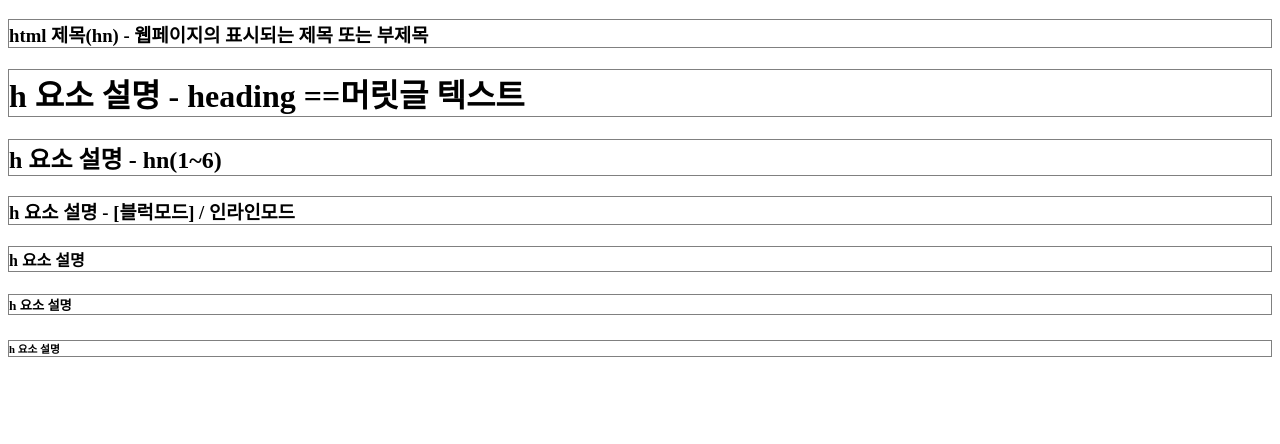
Repository: donggri1/WORKSPACE
Page: WebClass/webPro/src/main/webapp/html/days02/ex02.html
An editor plug-in stored every save of this project. The page is shown before and after the next save, followed by the edit.
The browser window is 1280 px wide. The pictures show the whole page.

Above is the page before, as saved 2024-03-25 01:25:16.

### WebClass/webPro/src/main/webapp/html/days02/ex02.html
<!DOCTYPE html>
<html>
<head>
<meta charset="UTF-8">
<title>Insert title here</title>
<style>
	/* CSS 주석처리 */
	/* CSS 스타일 적용 태그 */
	/*
	스타일 적용 대상{	==	select == 선택자
		스타일 속성:속성값;
		스타일 속성:속성값;
		스타일 속성:속성값;
		스타일 속성:속성값;
	}
	*/
	h1,h2,h3,h4,h5,h6 {
		border: solid 1px gray;
	}
	/*
	h1 {
		border: solid 1px gray; /* 테두리속성 : 실선 굵기 색깔
	}
	h2 {
		border: solid 1px gray; /* 테두리속성 : 실선 굵기 색깔
	}
	h3 {
		border: solid 1px gray; /* 테두리속성 : 실선 굵기 색깔
	}
	h4 {
		border: solid 1px gray; /* 테두리속성 : 실선 굵기 색깔
	}
	h5 {
		border: solid 1px gray; /* 테두리속성 : 실선 굵기 색깔
	}
	h6 {
		border: solid 1px gray; /* 테두리속성 : 실선 굵기 색깔
	}
	*/
</style>
</head>
<BoDY>
	<h3>html 제목(hn) - 웹페이지의 표시되는 제목 또는 부제목 </h3>

<!-- http://koxo.com/ -->
<!--h$*6>{ h 요소 설명}   -->
<h1> h 요소 설명 - heading ==머릿글 텍스트</h1>
<h2> h 요소 설명 - hn(1~6)</h2>
<h3> h 요소 설명 - [블럭모드] / 인라인모드</h3>
<h4> h 요소 설명</h4>
<h5> h 요소 설명</h5>
<h6> h 요소 설명</h6>
</body>
</html>

After the next save:
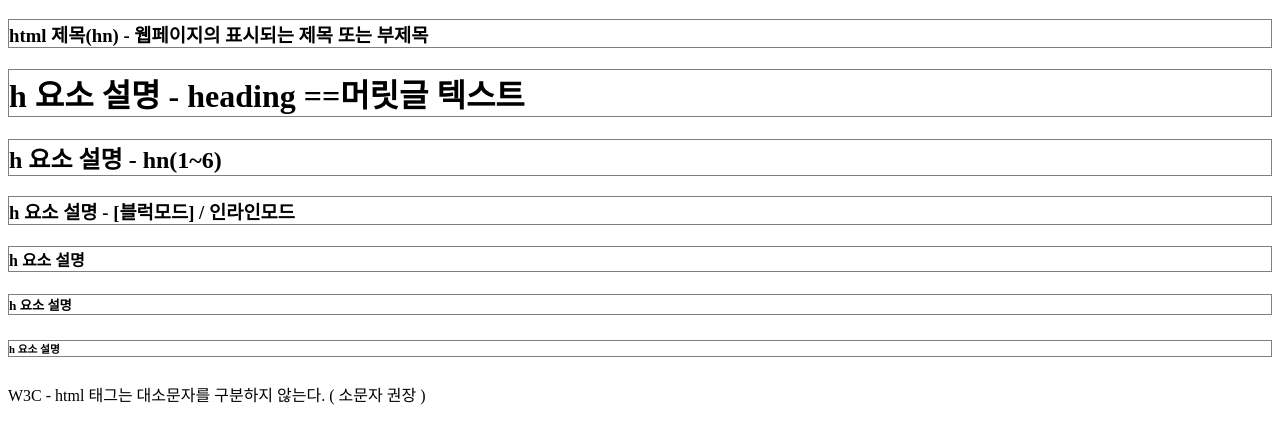
Saved 6 min 1 s later.
--- a/WebClass/webPro/src/main/webapp/html/days02/ex02.html
+++ b/WebClass/webPro/src/main/webapp/html/days02/ex02.html
@@ -42,13 +42,15 @@
 <BoDY>
 	<h3>html 제목(hn) - 웹페이지의 표시되는 제목 또는 부제목 </h3>
 
-<!-- http://koxo.com/ -->
-<!--h$*6>{ h 요소 설명}   -->
-<h1> h 요소 설명 - heading ==머릿글 텍스트</h1>
-<h2> h 요소 설명 - hn(1~6)</h2>
-<h3> h 요소 설명 - [블럭모드] / 인라인모드</h3>
-<h4> h 요소 설명</h4>
-<h5> h 요소 설명</h5>
-<h6> h 요소 설명</h6>
+	<!-- http://koxo.com/ -->
+	<!--h$*6>{ h 요소 설명}   -->
+	<H1 style="font-size: 60"> h 요소 설명 - heading ==머릿글 텍스트</h1>
+	<h2> h 요소 설명 - hn(1~6)</h2>
+	<h3> h 요소 설명 - [블럭모드] / 인라인모드</h3>
+	<h4> h 요소 설명</h4>
+	<h5> h 요소 설명</h5>
+	<h6> h 요소 설명</h6>
+
+	W3C - html 태그는 대소문자를 구분하지 않는다. ( 소문자 권장 )
 </body>
 </html>
